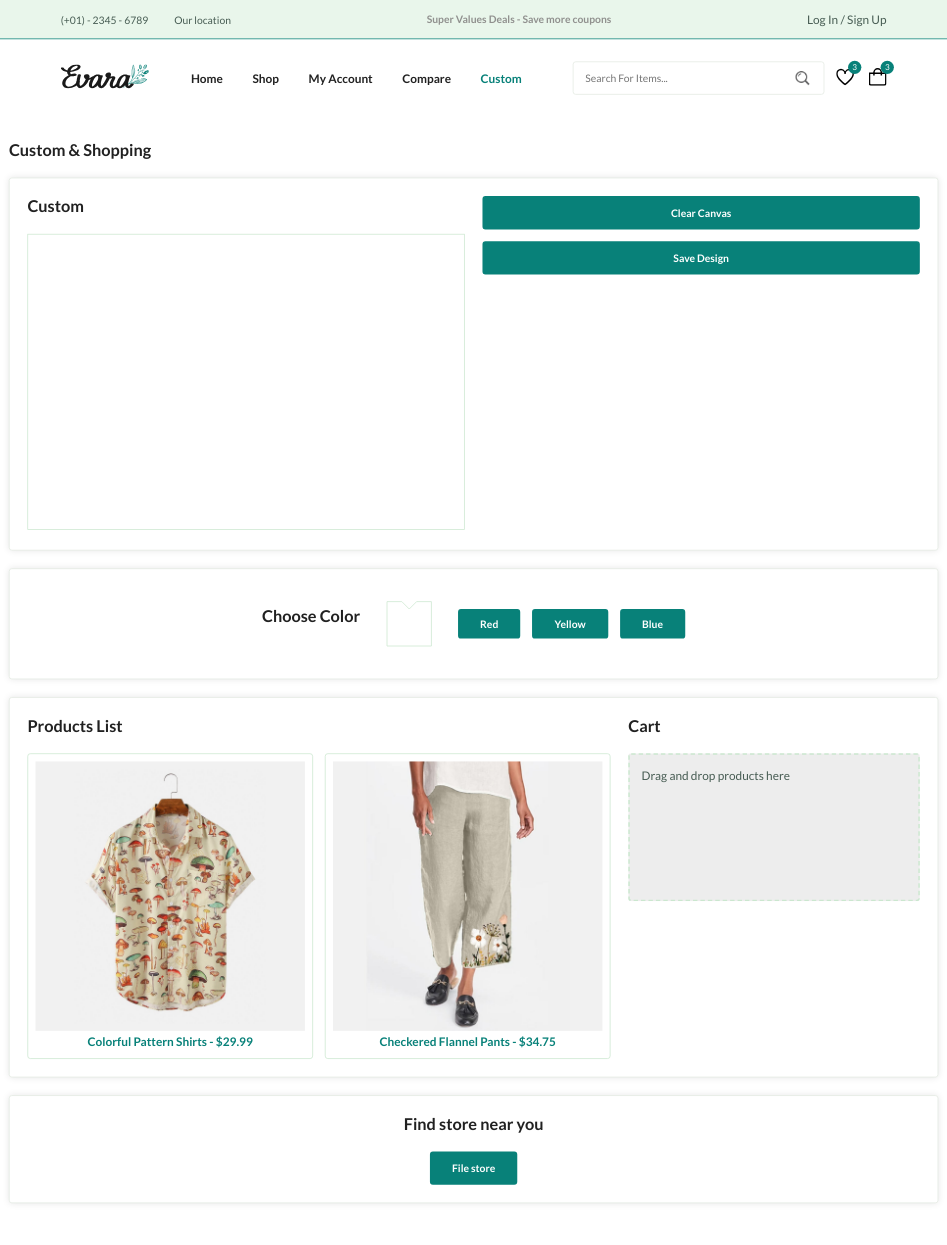
Repository: binhphanbp/evara-ecommerce
Page: custome-shop.html
An editor plug-in stored every save of this project. The page is shown before and after the next save, followed by the edit.
The browser window is 1280 px wide. The pictures show the whole page, at 74% of full size.

Above is the page before, as saved 2025-06-17 08:08:03.

After the next save:
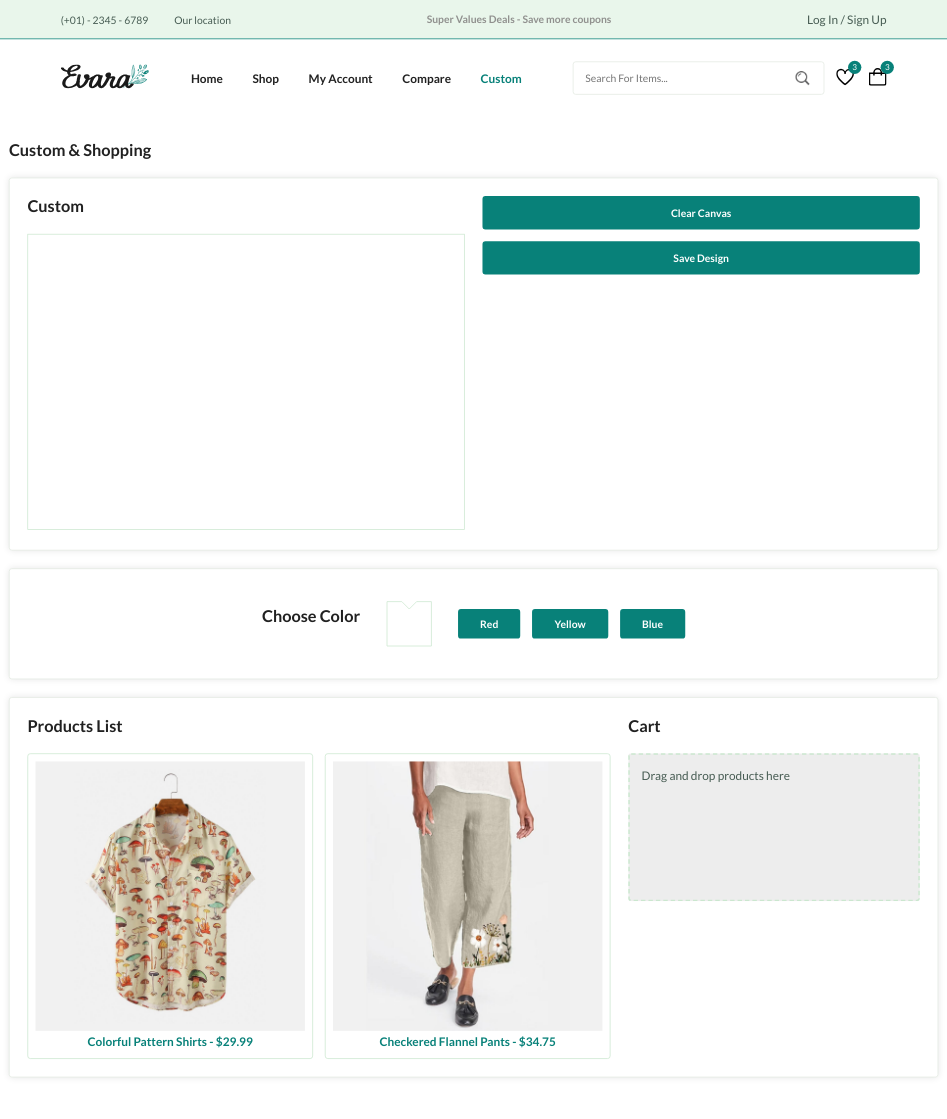
Saved 14 s later.
--- a/custome-shop.html
+++ b/custome-shop.html
@@ -277,13 +277,6 @@
           </div>
         </div>
       </section>
-
-      <!-- Geo Location Section -->
-      <section class="custom-shop-section geo-section">
-        <h2 class="section__title">Find store near you</h2>
-        <button class="btn btn--md" onclick="getLocation()">File store</button>
-        <p id="storeInfo"></p>
-      </section>
     </div>
 
     <script>
